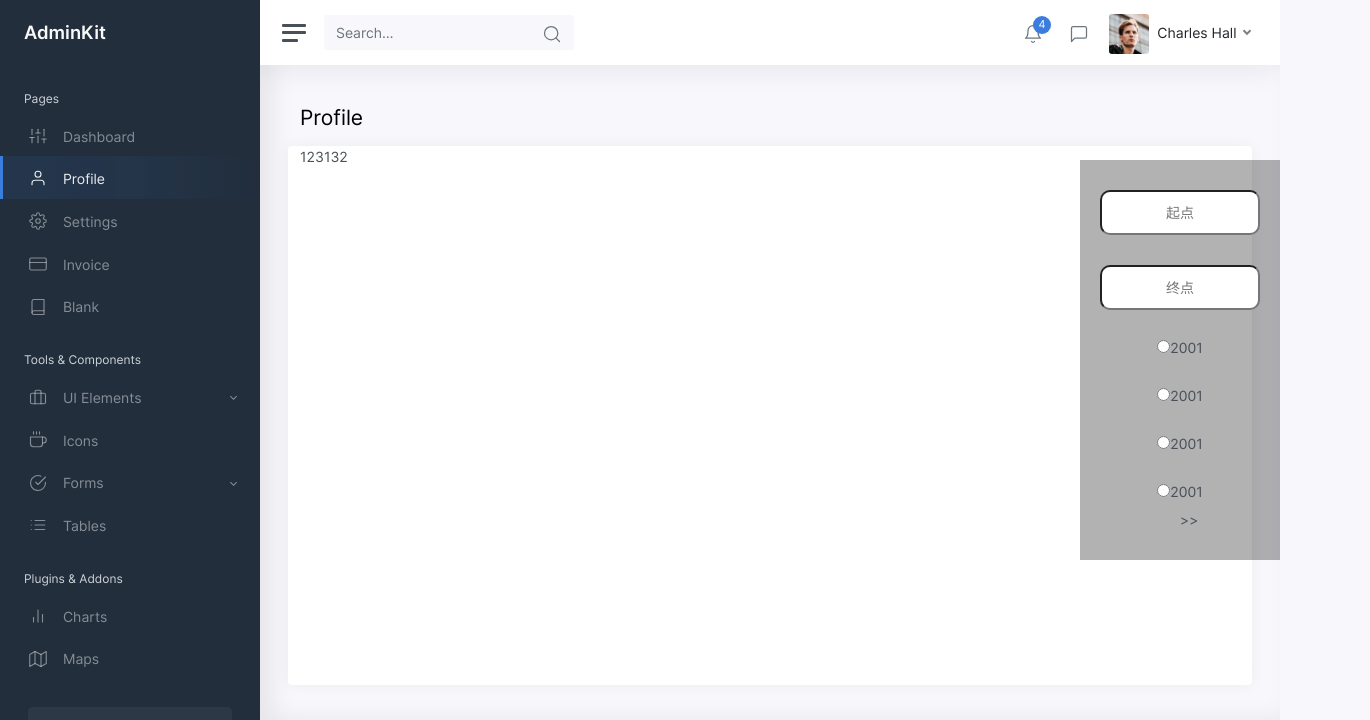
Repository: yuwei0922/WHURS-WGIS
Page: final_project/pages-profile.html
An editor plug-in stored every save of this project. The page is shown before and after the next save, followed by the edit.
The browser window is 1280 px wide. The page is 1280 px wide, then 1370 px, so the pictures cover 1370 px, including what lies to the right of the window. The pictures show the whole page.

Above is the page before, as saved 2022-12-21 21:10:26.
Not found: final_project/js/vendor.js

After the next save:
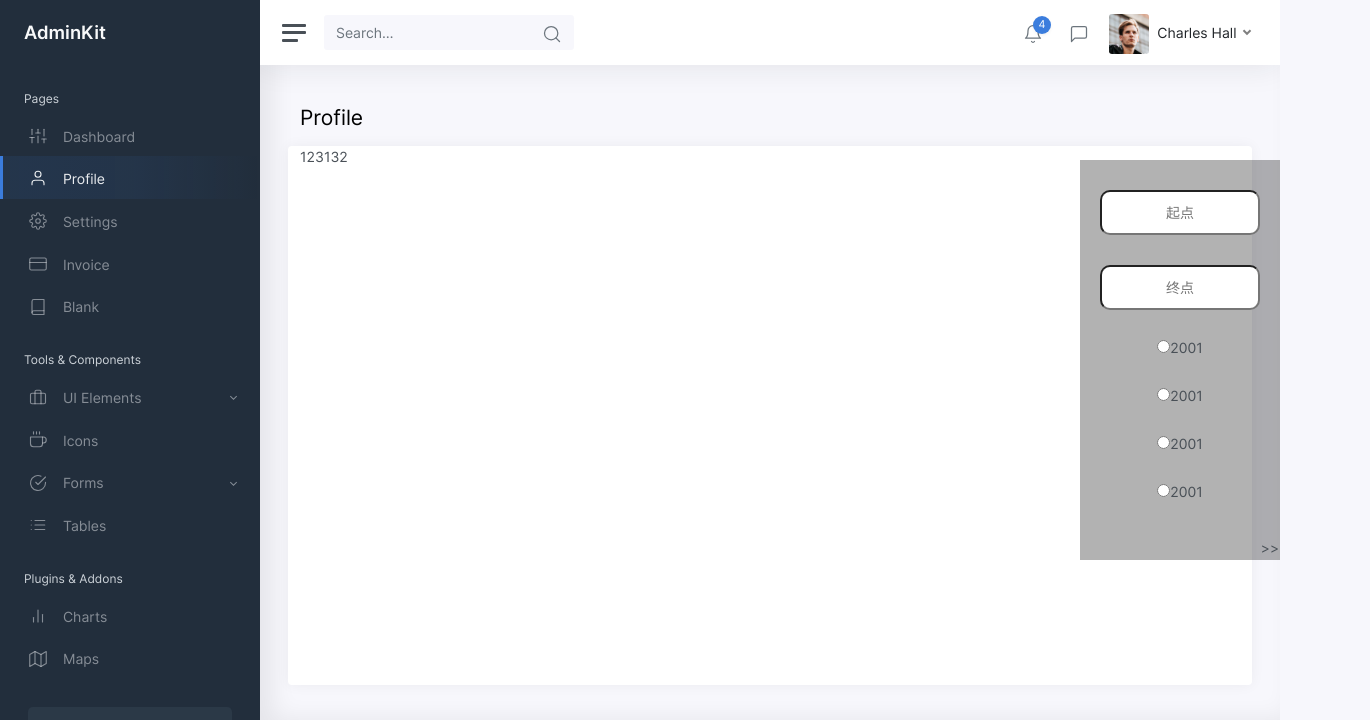
Saved 26 s later.
--- a/final_project/css/content.css
+++ b/final_project/css/content.css
@@ -33,6 +33,7 @@
 
 .changedis{
     position: absolute;
-    bottom: 30px;
-    left: 50%;
+    bottom: 2px;
+    width: 100%;
+    left: 45%;
 }
